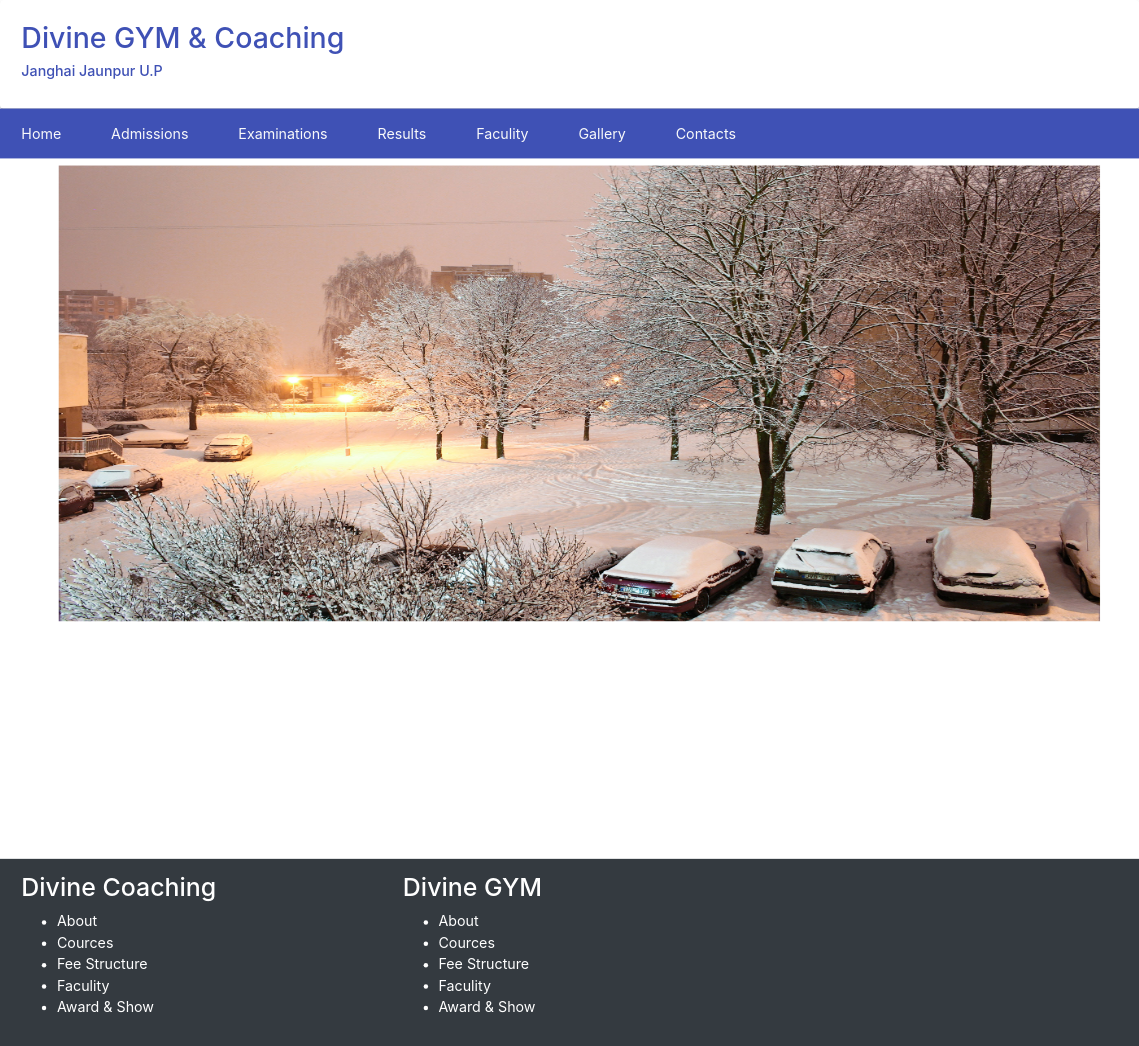
Repository: lalji-yadav/vikash-Coaching-frontend
Page: /gallery
An editor plug-in stored every save of this project. The page is shown before and after the next save, followed by the edit.
The browser window is 1280 px wide. The pictures show the whole page, at 89% of full size.
The project was rebuilt for these pictures with package versions that can differ from the ones it lists, and the page was loaded fresh each time. Also part of the build but not shown: src/index.css, src/home/home.js, src/component/admission/admission.js, src/component/examination/examination.js, src/component/results/result.js, src/component/faculity/faculity.js.

Above is the page before, as saved 2021-04-11 12:50:24.

After the next save:
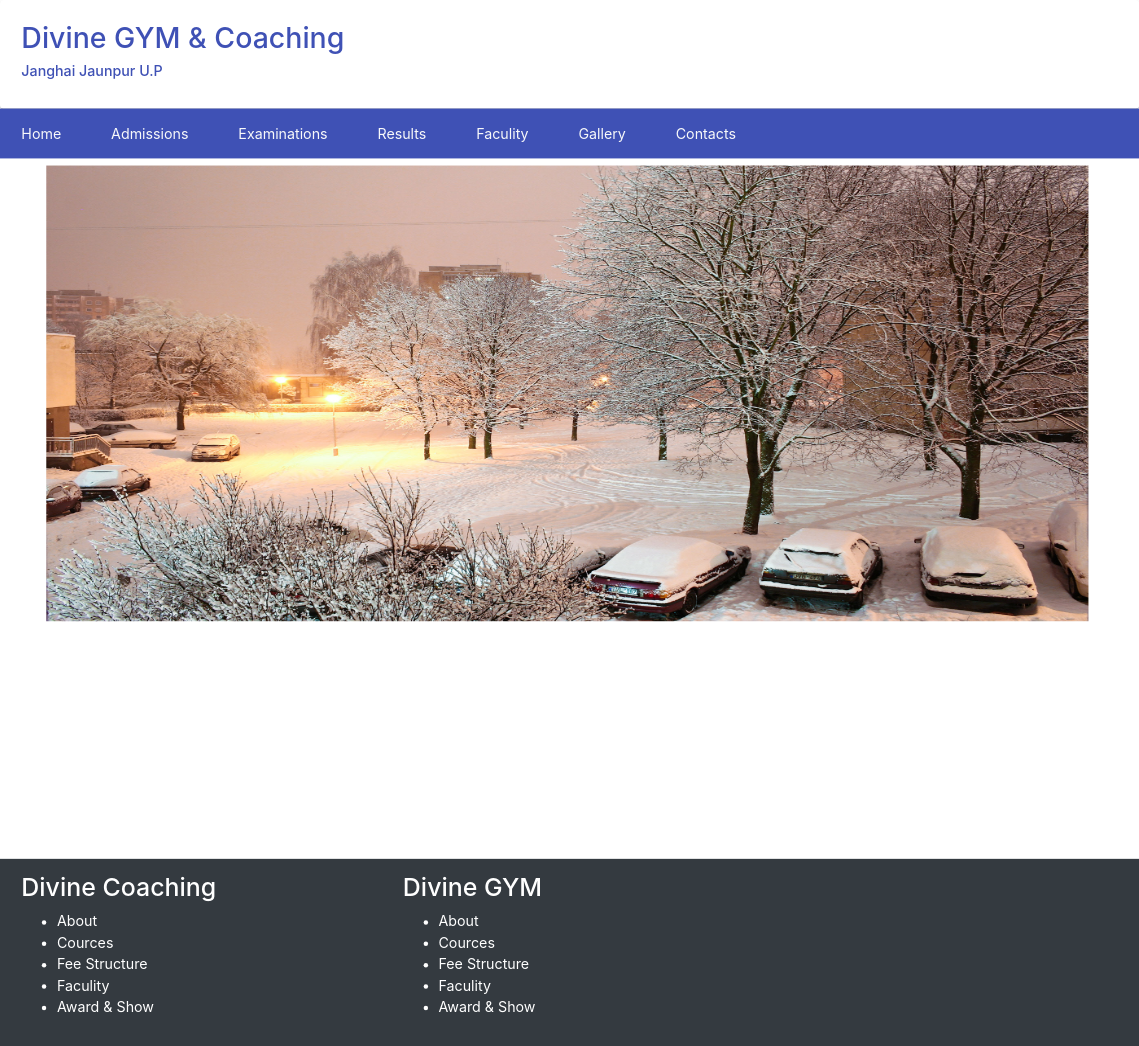
Saved 9 s later.
--- a/src/component/gallery/gallery.js
+++ b/src/component/gallery/gallery.js
@@ -6,7 +6,7 @@ class gallery extends Component {
         return (
             <div>
                 <div className="row">
-                    <div className="col-sm-11 mt-2" style={{marginLeft:"5%"}}>
+                    <div className="col-sm-11 mt-2" style={{marginLeft:"4%"}}>
                         <img style={{width:"100%", height:"70%"}}
                          src={process.env.PUBLIC_URL + '/image/gallery/Admin/0 (22) - Copy.jpg'} alt="" />
                     </div>
